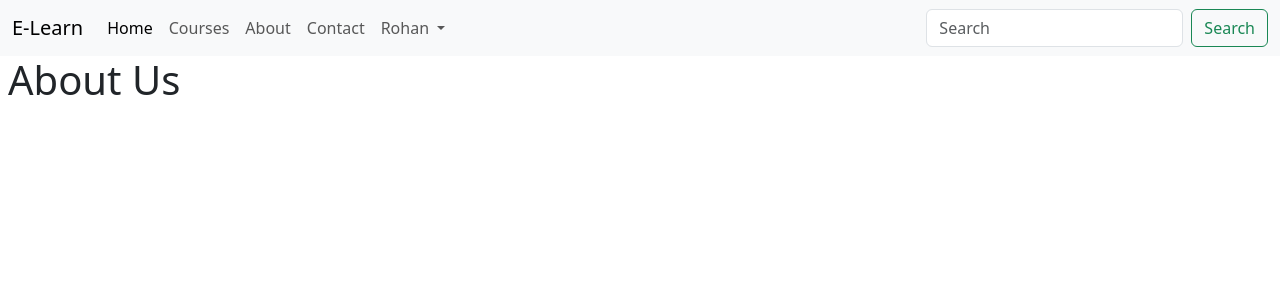
Repository: syni18/bootstrap_elarn
Page: About.html
The author's editor kept a copy of each file at every save. The page is drawn from the files as they stood at one save, then again after a run of saves.
The browser window is 1280 px wide. The pictures show the whole page.

Above is the page before, as saved 2023-10-25 23:04:43.

### About.html
<!doctype html>
<html lang="en">
  <head>
    <meta charset="utf-8">
    <meta name="viewport" content="width=device-width, initial-scale=1">
    <title>E-Learning</title>
    <link href="https://cdn.jsdelivr.net/npm/bootstrap@5.3.2/dist/css/bootstrap.min.css" rel="stylesheet" integrity="sha384-T3c6CoIi6uLrA9TneNEoa7RxnatzjcDSCmG1MXxSR1GAsXEV/Dwwykc2MPK8M2HN" crossorigin="anonymous">
  </head>
  <body>
    <nav class="navbar navbar-expand-lg bg-body-tertiary">
  <div class="container-fluid">
    <a class="navbar-brand" href="#">E-Learn</a>
    <button class="navbar-toggler" type="button" data-bs-toggle="collapse" data-bs-target="#navbarSupportedContent" aria-controls="navbarSupportedContent" aria-expanded="false" aria-label="Toggle navigation">
      <span class="navbar-toggler-icon"></span>
    </button>
    <div class="collapse navbar-collapse" id="navbarSupportedContent">
      <ul class="navbar-nav me-auto mb-2 mb-lg-0">
        <li class="nav-item">
          <a class="nav-link active" aria-current="page" href="#">Home</a>
        </li>
        <li class="nav-item">
          <a class="nav-link" href="#">Courses</a>
        </li>
        <li class="nav-item">
          <a class="nav-link" href="#">About</a>
        </li>
        <li class="nav-item">
          <a class="nav-link" href="#">Contact</a>
        </li>
        <li class="nav-item dropdown">
          <a class="nav-link dropdown-toggle" href="#" role="button" data-bs-toggle="dropdown" aria-expanded="false">
            Rohan
          </a>
          <ul class="dropdown-menu">
            <li><a class="dropdown-item" href="#">My Profile</a></li>
            <li><a class="dropdown-item" href="#">My Courses</a></li>
            <li><hr class="dropdown-divider"></li>
            <li><a class="dropdown-item" href="#">Log Out</a></li>
          </ul>
        </li>
      </ul>
      <form class="d-flex" role="search">
        <input class="form-control me-2" type="search" placeholder="Search" aria-label="Search">
        <button class="btn btn-outline-success" type="submit">Search</button>
      </form>
    </div>
  </div>
</nav>
<div>
    <h6 class="display-6 ms-2">About Us</h6>

</div>
    <script src="https://cdn.jsdelivr.net/npm/bootstrap@5.3.2/dist/js/bootstrap.bundle.min.js" integrity="sha384-C6RzsynM9kWDrMNeT87bh95OGNyZPhcTNXj1NW7RuBCsyN/o0jlpcV8Qyq46cDfL" crossorigin="anonymous"></script>
  </body>
</html>

After the next 2 saves:
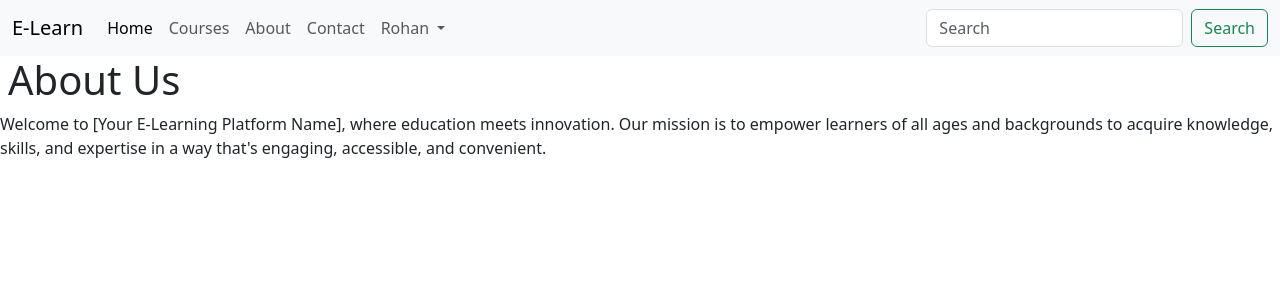
The 2 saves are shown as one change because they came seconds apart.
The last was saved 13 s later.
--- a/About.html
+++ b/About.html
@@ -48,7 +48,7 @@
 </nav>
 <div>
     <h6 class="display-6 ms-2">About Us</h6>
-
+    <p>Welcome to [Your E-Learning Platform Name], where education meets innovation. Our mission is to empower learners of all ages and backgrounds to acquire knowledge, skills, and expertise in a way that's engaging, accessible, and convenient.</p>
 </div>
     <script src="https://cdn.jsdelivr.net/npm/bootstrap@5.3.2/dist/js/bootstrap.bundle.min.js" integrity="sha384-C6RzsynM9kWDrMNeT87bh95OGNyZPhcTNXj1NW7RuBCsyN/o0jlpcV8Qyq46cDfL" crossorigin="anonymous"></script>
   </body>
